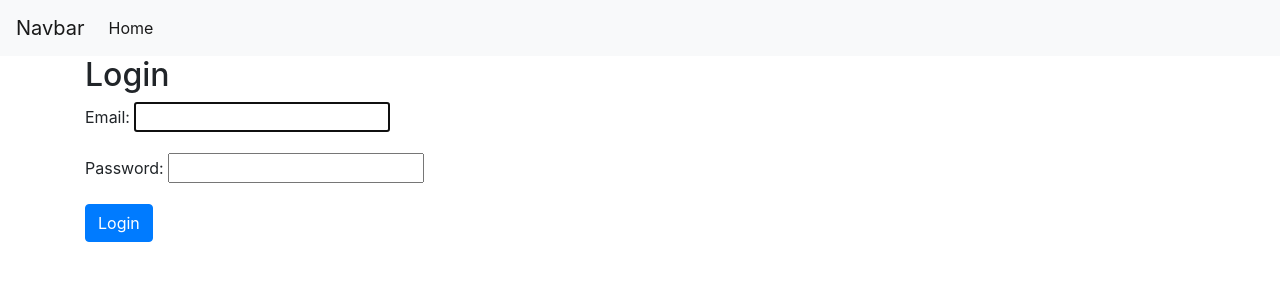
Repository: apps-eduard/TH_MONITORING_v1
Page: http://localhost/
The author's editor kept a copy of each file at every save. The page is drawn from the files as they stood at one save, then again after the next save.
The browser window is 1280 px wide. The pictures show the whole page.
Some web libraries are served in a nearby version. The page is served by the project's application, run on Django 5.2 (manage.py). Other server files are loaded and not shown.

Above is the page before, as saved 2024-03-26 10:21:54.

### user_profile/templates/user_profile/login.html
{% extends 'base.html' %}

{% block content %}
<div class="container">
    <h2>Login</h2>
    <form method="post">
        {% csrf_token %}
        {{ form.as_p }}
        <button type="submit" class="btn btn-primary">Login</button>
    </form>
</div>
{% endblock %}

### templates/base.html
<!DOCTYPE html>
<html lang="en">
<head>
    <meta charset="UTF-8">
    <meta name="viewport" content="width=device-width, initial-scale=1.0">
    <title>{% block title %}Your Site{% endblock %}</title>
    <link href="https://stackpath.bootstrapcdn.com/bootstrap/4.5.2/css/bootstrap.min.css" rel="stylesheet">
</head>
<body>
<nav class="navbar navbar-expand-lg navbar-light bg-light">
    <a class="navbar-brand" href="#">Navbar</a>
    <button class="navbar-toggler" type="button" data-toggle="collapse" data-target="#navbarNav" aria-controls="navbarNav" aria-expanded="false" aria-label="Toggle navigation">
        <span class="navbar-toggler-icon"></span>
    </button>
    <div class="collapse navbar-collapse" id="navbarNav">
        <ul class="navbar-nav">
            <li class="nav-item active">
                <a class="nav-link" href="#">Home <span class="sr-only">(current)</span></a>
            </li>
            <!-- Add more navigation items here -->
        </ul>
    </div>
</nav>

{% block content %}
{% endblock %}

<script src="https://code.jquery.com/jquery-3.5.1.slim.min.js"></script>
<script src="https://cdn.jsdelivr.net/npm/@popperjs/core@2.5.2/dist/umd/popper.min.js"></script>
<script src="https://stackpath.bootstrapcdn.com/bootstrap/4.5.2/js/bootstrap.min.js"></script>
</body>
</html>

### user_profile/views.py

from django.shortcuts import render, redirect
from django.contrib.auth import authenticate, login
from .forms import UserRegistrationForm
from django.contrib.auth.forms import AuthenticationForm

# You might want to pass context or user-specific data here
def profile_view(request):
    context = {'message': 'This is your profile page.'}
    return render(request, 'user_profile/profile.html', context)



def register_view(request):
    if request.method == 'POST':
        form = UserRegistrationForm(request.POST)
        if form.is_valid():
            form.save()
            email = form.cleaned_data.get('email')
            raw_password = form.cleaned_data.get('password1')
            user = authenticate(email=email, password=raw_password)
            login(request, user)
            return redirect('profile')
    else:
        form = UserRegistrationForm()
    return render(request, 'user_profile/register.html', {'form': form})

def login_view(request):
    if request.method == 'POST':
        form = AuthenticationForm(data=request.POST)
        if form.is_valid():
            user = form.get_user()
            login(request, user)
            return redirect('profile')
    else:
        form = AuthenticationForm()
    return render(request, 'user_profile/login.html', {'form': form})

### core/urls.py
from django.contrib import admin
from django.urls import path, include
from user_profile.views import login_view

urlpatterns = [
    path('admin/', admin.site.urls),
    path('', login_view, name='login'),
    path('th_monitoring/', include('th_monitoring.urls')),
    path('user_profile/', include('user_profile.urls')),
]

### th_monitoring/urls.py
from django.urls import path
from .views import monitoring_view

urlpatterns = [
    path('', monitoring_view, name='monitoring'),
]

### user_profile/urls.py
from django.urls import path
from .views import register_view, login_view, profile_view

urlpatterns = [
    path('login/', login_view, name='login'),
    path('register/', register_view, name='register'),
    path('profile/', profile_view, name='profile'),  # Ensure this is in place if you haven't added it yet
]

After the next save:
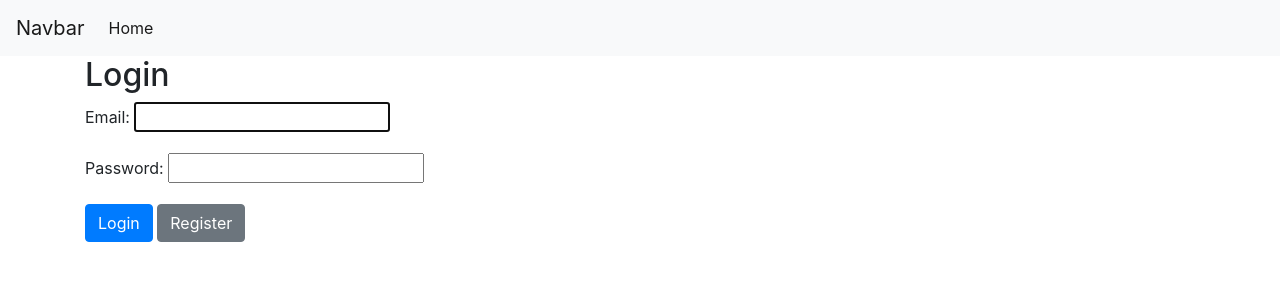
Saved 100 s later.
--- a/user_profile/templates/user_profile/login.html
+++ b/user_profile/templates/user_profile/login.html
@@ -7,6 +7,8 @@
         {% csrf_token %}
         {{ form.as_p }}
         <button type="submit" class="btn btn-primary">Login</button>
+        <!-- Add a Register button/link -->
+        <a href="{% url 'register' %}" class="btn btn-secondary">Register</a>
     </form>
 </div>
 {% endblock %}
